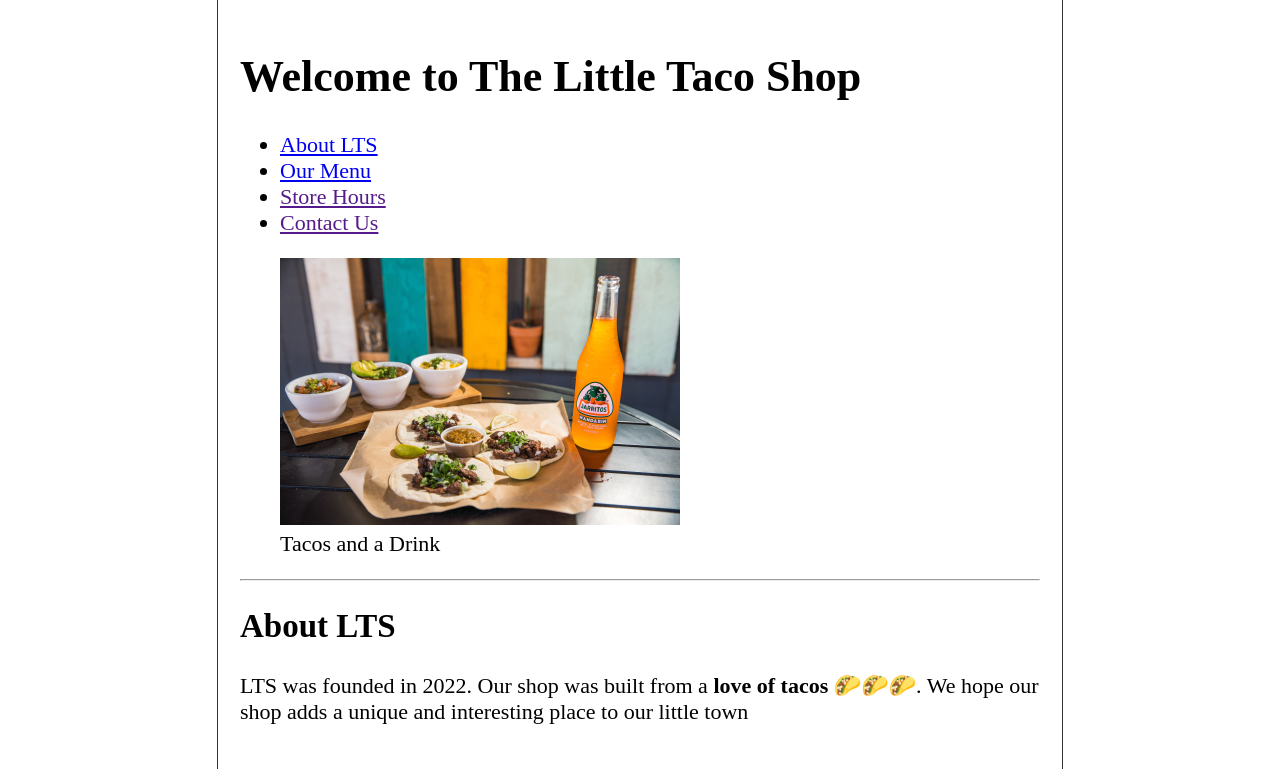
Repository: Israa-Odeh/html-basics-project
Page: index.html
An editor plug-in stored every save of this project. The page is shown before and after the next save, followed by the edit.
The browser window is 1280 px wide. The pictures show the whole page.

Above is the page before, as saved 2024-08-20 01:49:41.

After the next save:
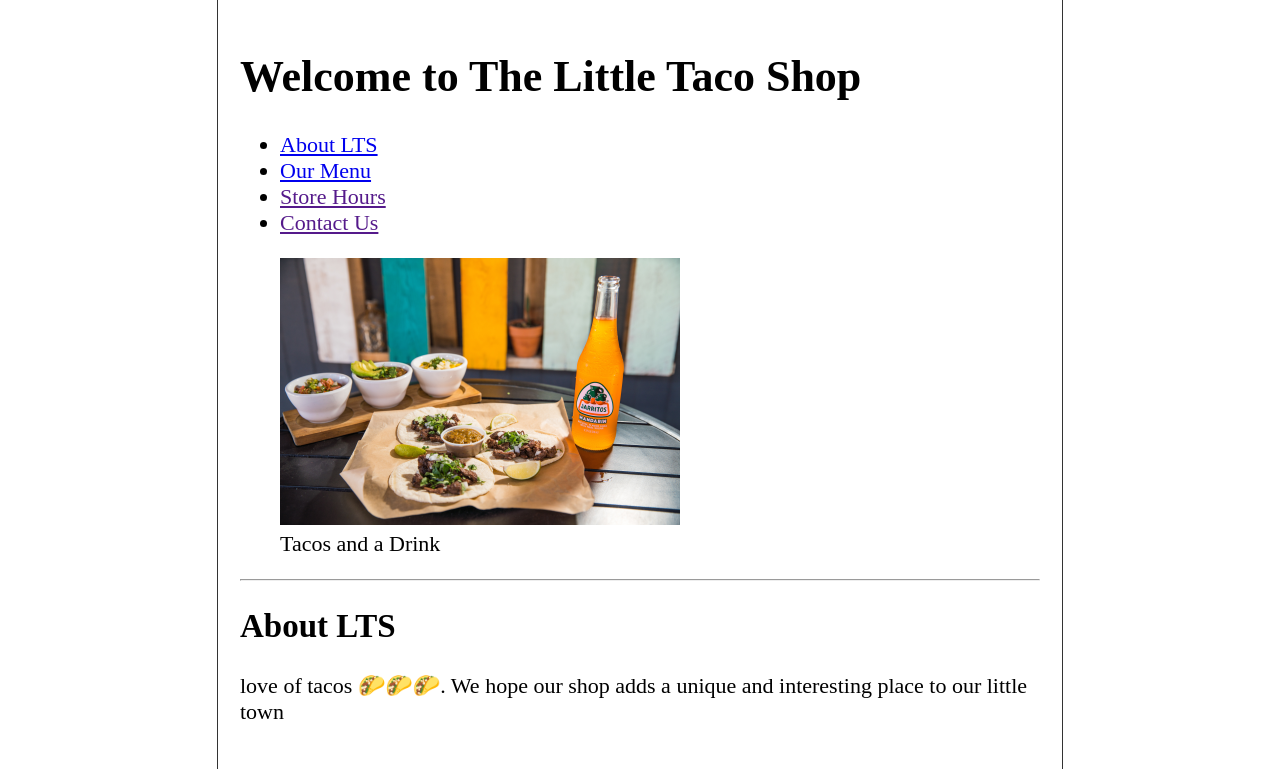
Saved 26 s later.
--- a/index.html
+++ b/index.html
@@ -42,7 +42,7 @@
     <main>
         <article id="about">
             <h2>About LTS</h2>
-            <p>LTS was founded in 2022. Our shop was built from a <strong>love of tacos</strong> 🌮🌮🌮. We hope our
+            <p><abbreLTS was founded in 2022. Our shop was built from a <strong>love of tacos</strong> 🌮🌮🌮. We hope our
                 shop adds a unique and interesting place to our little town</p>
 
         </article>

After the save that followed:
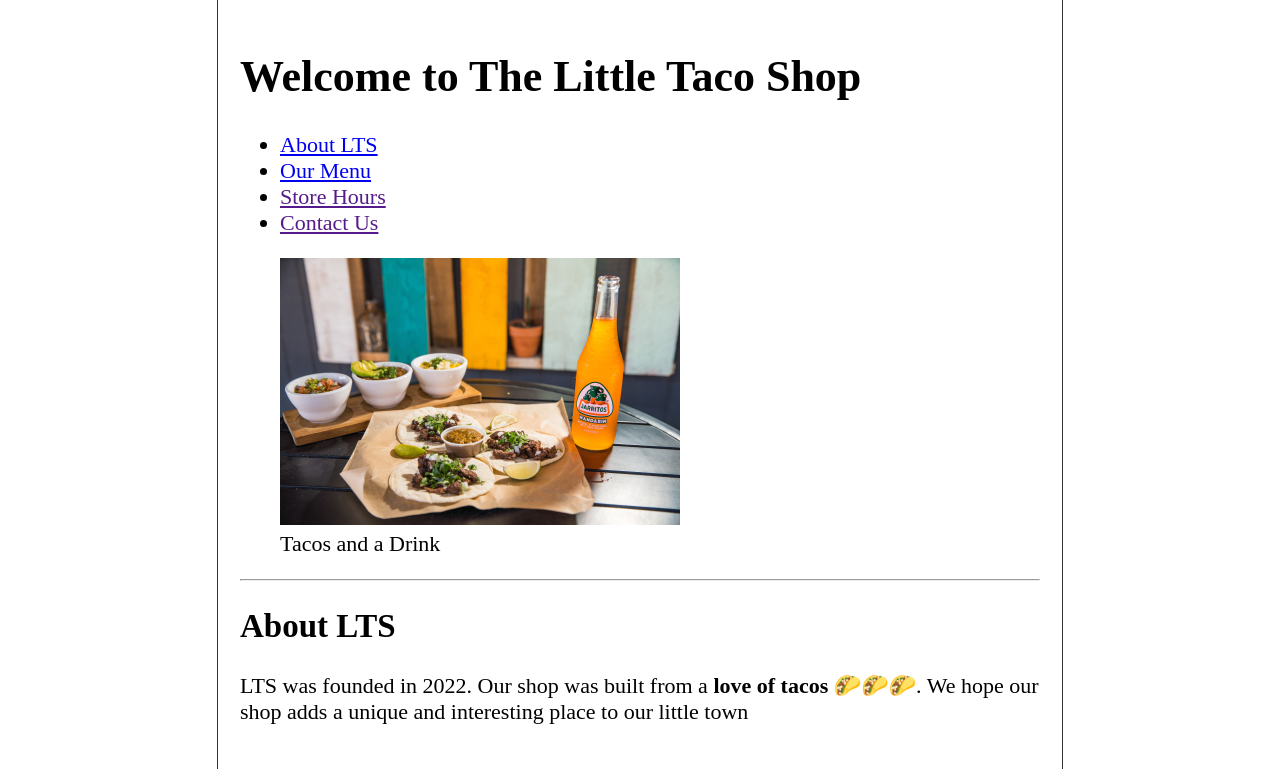
Saved 6 s later.
--- a/index.html
+++ b/index.html
@@ -42,7 +42,7 @@
     <main>
         <article id="about">
             <h2>About LTS</h2>
-            <p><abbreLTS was founded in 2022. Our shop was built from a <strong>love of tacos</strong> 🌮🌮🌮. We hope our
+            <p> <abbr title=""></abbr> LTS was founded in 2022. Our shop was built from a <strong>love of tacos</strong> 🌮🌮🌮. We hope our
                 shop adds a unique and interesting place to our little town</p>
 
         </article>
